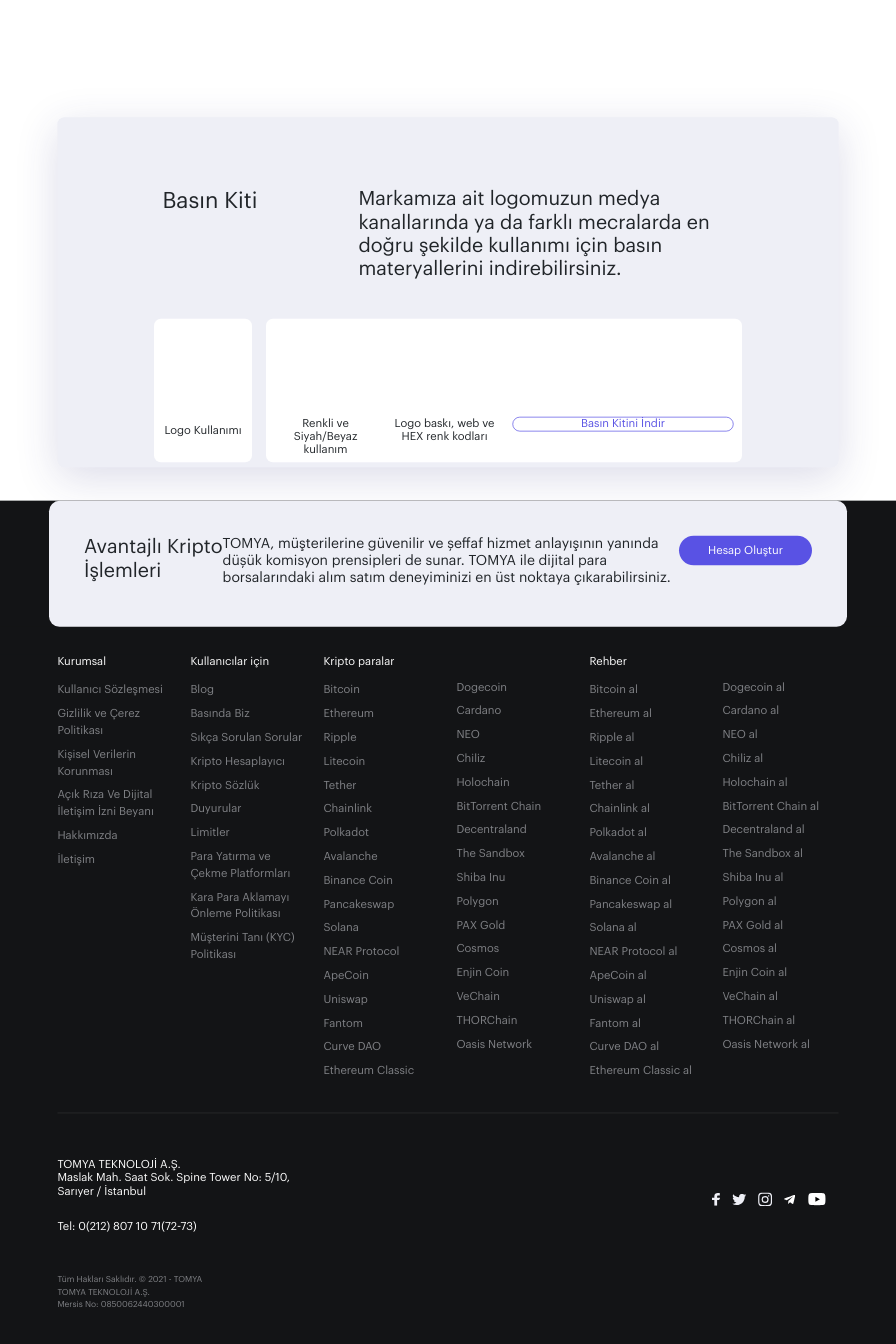
Repository: ezgibayrakli/TomyaProje
Page: index copy.html
An editor plug-in stored every save of this project. The page is shown before and after the next save, followed by the edit.
The browser window is 1280 px wide. The pictures show the part of the page from y = 3219 to 5139 px (the page is 5139 px tall before and 5059 px after), at 70% of full size.
Some web fonts or font styles are not loaded; a fallback is used.

Above is the page before, as saved 2023-07-06 20:48:03.

After the next save:
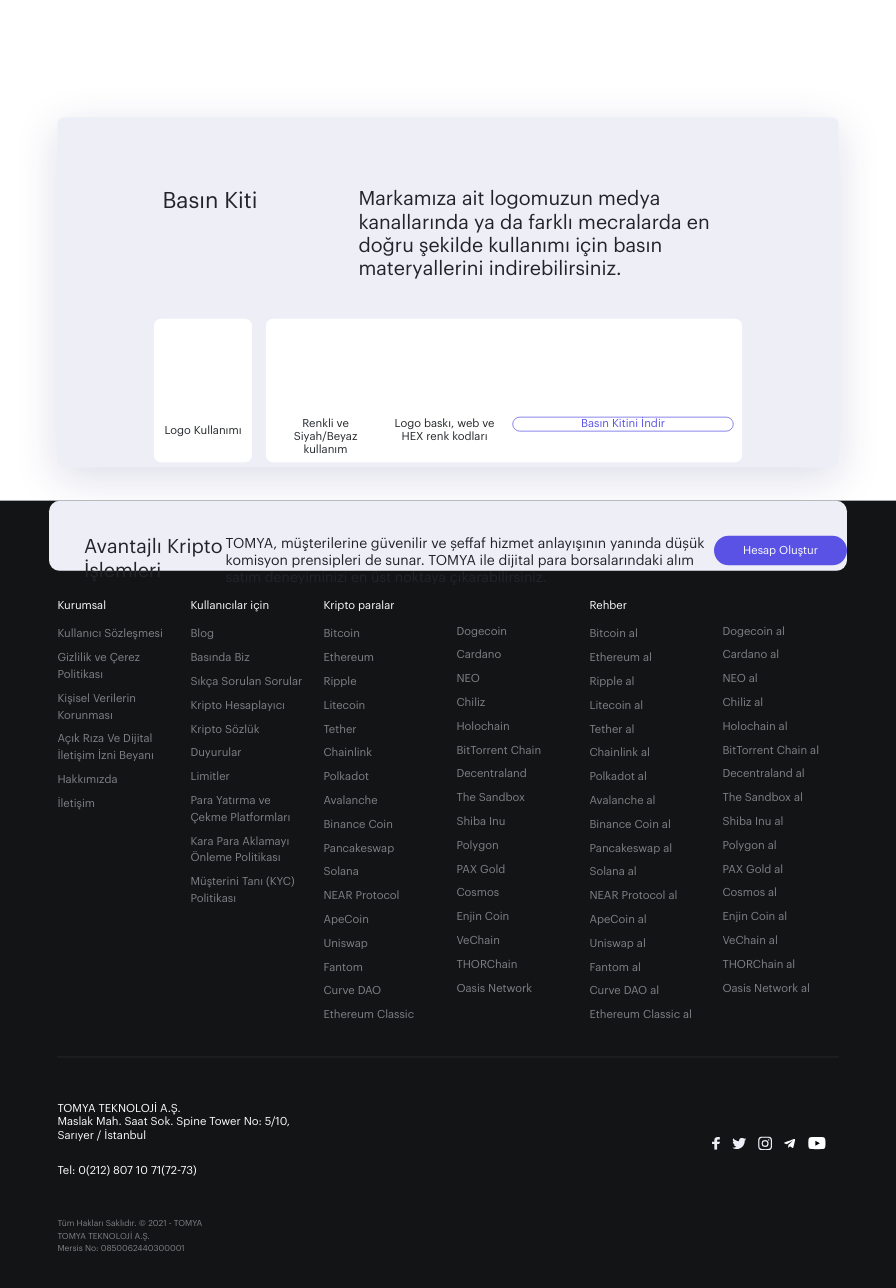
Saved 11 s later.
--- a/index copy.html
+++ b/index copy.html
@@ -210,7 +210,7 @@
     <div class="footer">
         <div class="footer-one mt-5">
             <div class="container" style="position: relative;">
-                <div class="wrap d-flex align-items-start flex-lg-row flex-column">
+                <div class="wrap d-flex align-items-start flex-lg-row flex-column" style="position: absolute;">
                     <h3>Avantajlı Kripto İşlemleri</h3>
                     <h5 class="w-100 ml-lg-3 mt-lg-0 ">TOMYA, müşterilerine güvenilir ve șeffaf hizmet anlayışının yanında düșük komisyon prensipleri de sunar. TOMYA ile dijital para borsalarındaki alım satım deneyiminizi en üst noktaya çıkarabilirsiniz.</h5>
                     <a href="#" class="btn mr-auto ml-auto  mr-lg-0 mt-lg-0 ">Hesap Oluştur</a>
